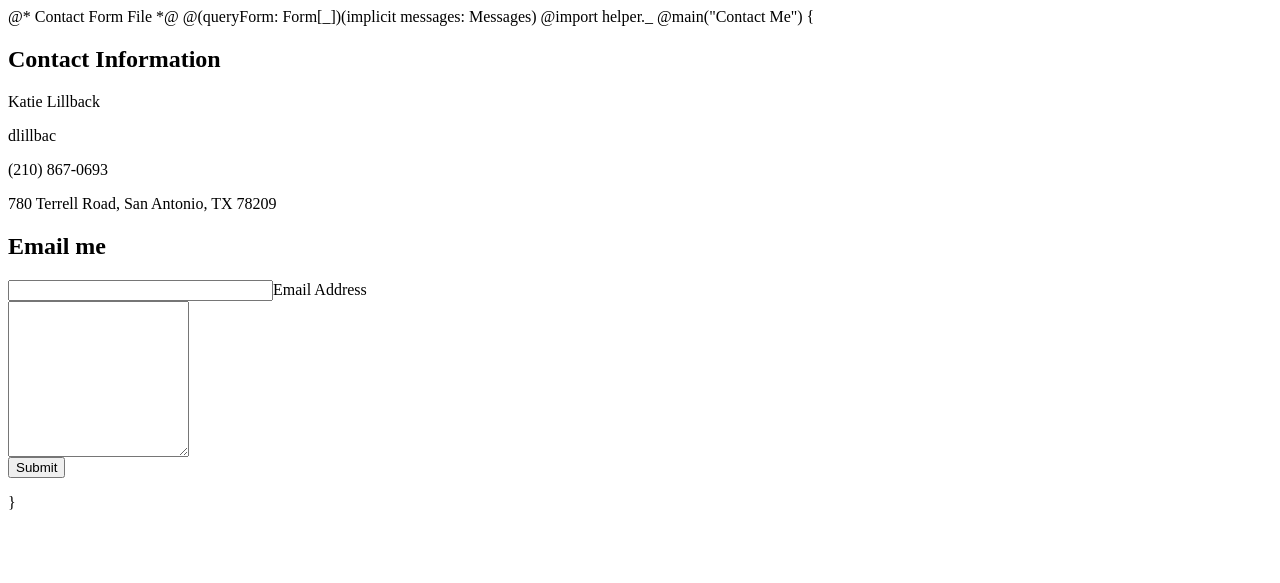
Repository: arthurfeeney/Interior-Design
Page: server/app/views/contact.scala.html
These files come from the project's save history. The page is drawn as it stood at one moment and after the next save; the edit follows.
The browser window is 1280 px wide. The pictures show the whole page.

Above is the page before, as saved 2019-04-07 17:26:39.

After the next save:
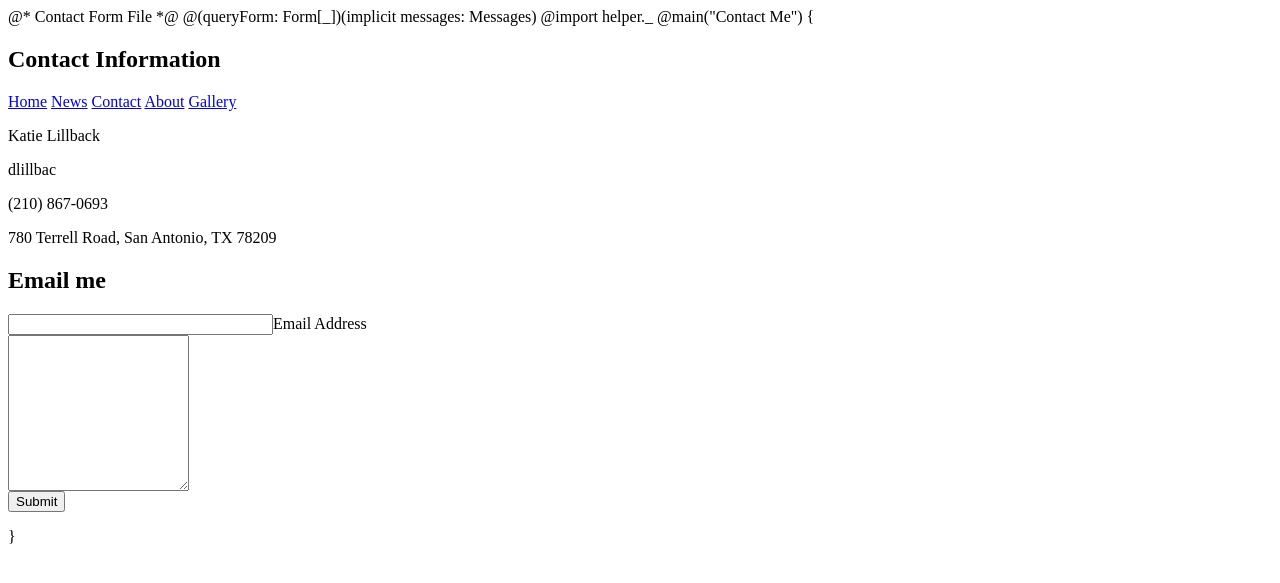
Saved 14 s later.
--- a/server/app/views/contact.scala.html
+++ b/server/app/views/contact.scala.html
@@ -4,7 +4,16 @@
 @import helper._
 
 @main("Contact Me") {
+
+
 <h2> Contact Information</h2>
+<div class="topnav">
+  <a class="active" href="home" id="home">Home</a>
+  <a href="news" id="news">News</a>
+  <a href="contact" id="contact">Contact</a>
+  <a href="about" id="about">About</a>
+  <a href="gallery" id="gallery">Gallery</a>
+</div>
 <p>
   Katie Lillback
 </p>
